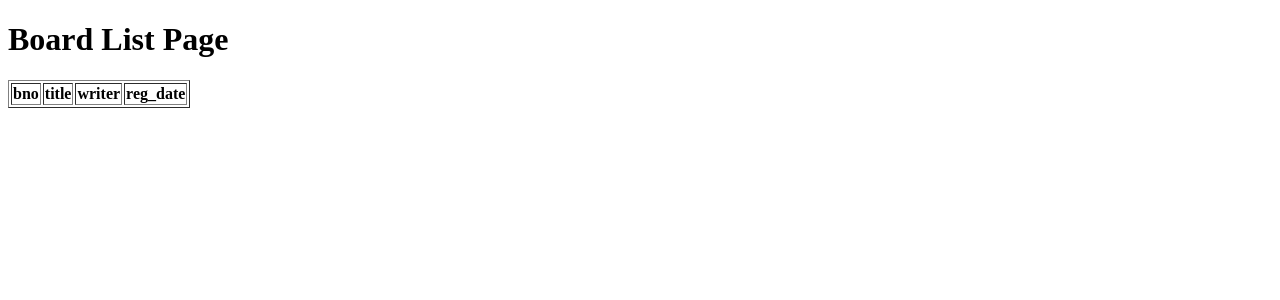
Repository: kurunai/jsp3
Page: http://localhost/jsp_project/brd/list
These files come from the project's save history. The page is drawn as it stood at one moment and after the next save; the edit follows.
The browser window is 1280 px wide. The pictures show the whole page.
The page is served by Tomcat 9. Queries for data that is not in the repository find no rows.

Above is the page before, as saved 2022-08-25 08:00:58.

After the next save:
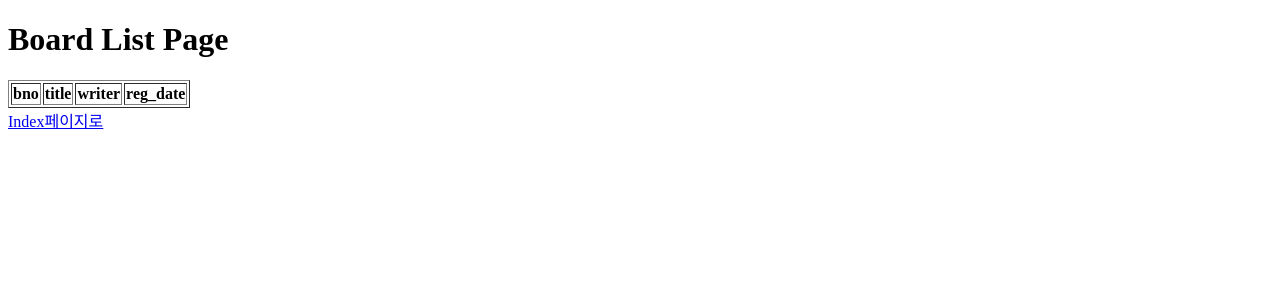
Saved 2 min 24 s later.
--- a/_jsp2_workspace/jsp_project/src/main/webapp/board/list.jsp
+++ b/_jsp2_workspace/jsp_project/src/main/webapp/board/list.jsp
@@ -26,5 +26,6 @@
 			</tr>
 		</c:forEach>
 	</table>
+	<a href="/webapp/index.jsp">Index페이지로</a>
 </body>
 </html>
